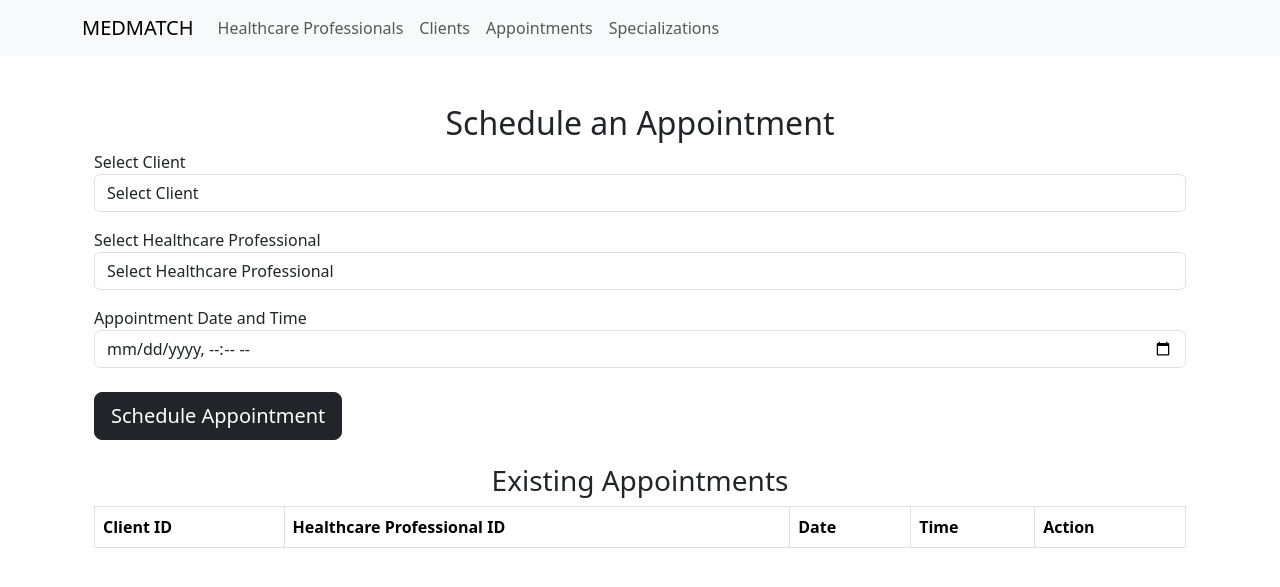
Repository: fahma20/medmatch-platform
Page: /appointments (app in client/)
An editor plug-in stored every save of this project. The page is shown before and after the next save, followed by the edit.
The browser window is 1280 px wide. The pictures show the whole page.
The page's requests for data from a server got no answer. The project was rebuilt for these pictures with package versions that can differ from the ones it lists, and the page was loaded fresh each time. No one was signed in, and anything a server would have sent is missing. Also part of the build but not shown: client/src/components/Healthcareprofessionals.js, client/src/components/Specializations.js, client/src/components/Clients.js, client/src/components/Homepage.js.

Above is the page before, as saved 2025-02-01 14:59:36.

After the next save:
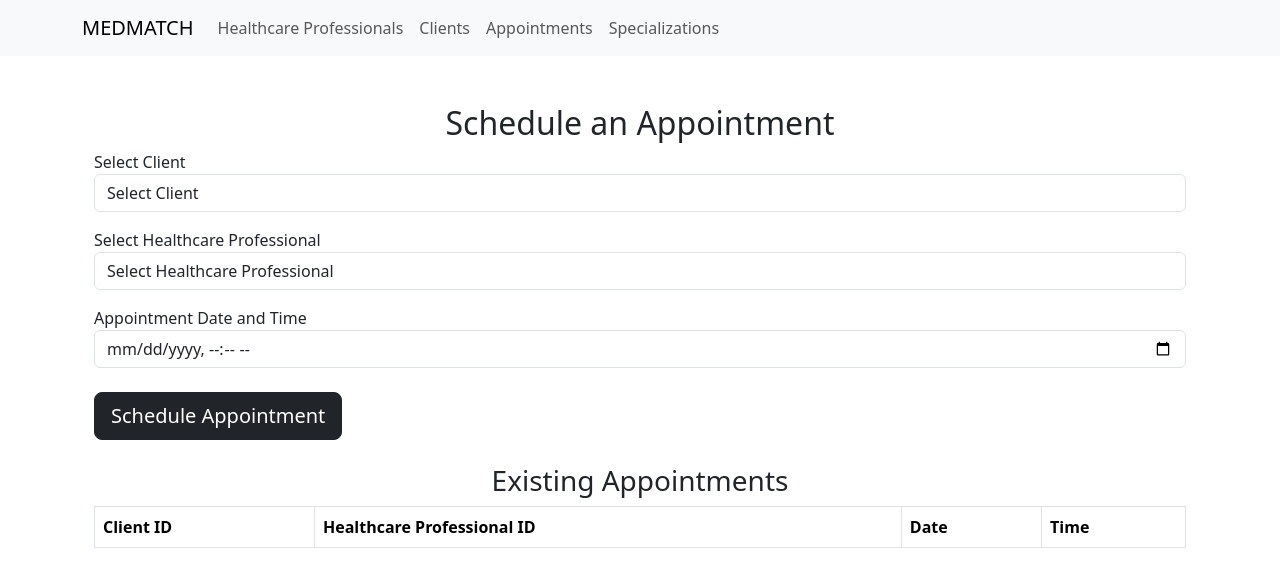
Saved 3 min 50 s later.
--- a/client/src/components/Appointments.js
+++ b/client/src/components/Appointments.js
@@ -198,10 +198,11 @@ const Appointments = () => {
   const handleSubmit = async (e) => {
     e.preventDefault();
 
+    // The appointmentDate includes both date and time
     const newAppointment = {
       client_id: clientId,
       healthcare_professional_id: professionalId,
-      date: appointmentDate, // This includes both date and time
+      date: appointmentDate, // This will be the full date-time value
     };
 
     try {
@@ -226,43 +227,11 @@ const Appointments = () => {
     }
   };
 
-  // Handle appointment deletion
-  const handleDelete = async (appointmentId) => {
-    try {
-      const response = await fetch(`http://127.0.0.1:5000/api/appointments/${appointmentId}`, {
-        method: 'DELETE',
-      });
-
-      if (response.ok) {
-        setAppointments((prevAppointments) =>
-          prevAppointments.filter((appointment) => appointment.id !== appointmentId)
-        );
-        setMessage('Appointment deleted successfully!');
-      } else {
-        setMessage('There was an issue deleting the appointment.');
-      }
-    } catch (error) {
-      setMessage('Error connecting to the server.');
-    }
-  };
-
   // Reset form fields
   const resetForm = () => {
     setClientId('');
     setProfessionalId('');
     setAppointmentDate('');
-  };
-
-  // Function to format date and time into desired format (mm/dd/yyyy and time AM/PM)
-  const formatDateAndTime = (dateTime) => {
-    const date = new Date(dateTime);
-    const formattedDate = date.toLocaleDateString('en-US'); // MM/DD/YYYY
-    const formattedTime = date.toLocaleTimeString('en-US', {
-      hour: '2-digit',
-      minute: '2-digit',
-      hour12: true, // AM/PM format
-    });
-    return { date: formattedDate, time: formattedTime };
   };
 
   return (
@@ -325,29 +294,17 @@ const Appointments = () => {
               <th>Healthcare Professional ID</th>
               <th>Date</th>
               <th>Time</th>
-              <th>Action</th>
             </tr>
           </thead>
           <tbody>
-            {appointments.map((appointment) => {
-              const { date, time } = formatDateAndTime(appointment.date);
-              return (
-                <tr key={appointment.id}>
-                  <td>{appointment.client_id}</td>
-                  <td>{appointment.healthcare_professional_id}</td>
-                  <td>{date}</td>
-                  <td>{time}</td>
-                  <td>
-                    <button
-                      className="btn btn-danger"
-                      onClick={() => handleDelete(appointment.id)}
-                    >
-                      Delete
-                    </button>
-                  </td>
-                </tr>
-              );
-            })}
+            {appointments.map((appointment) => (
+              <tr key={appointment.id}>
+                <td>{appointment.client_id}</td>
+                <td>{appointment.healthcare_professional_id}</td>
+                <td>{appointment.date}</td>
+                <td>{appointment.time}</td>
+              </tr>
+            ))}
           </tbody>
         </table>
       </div>
